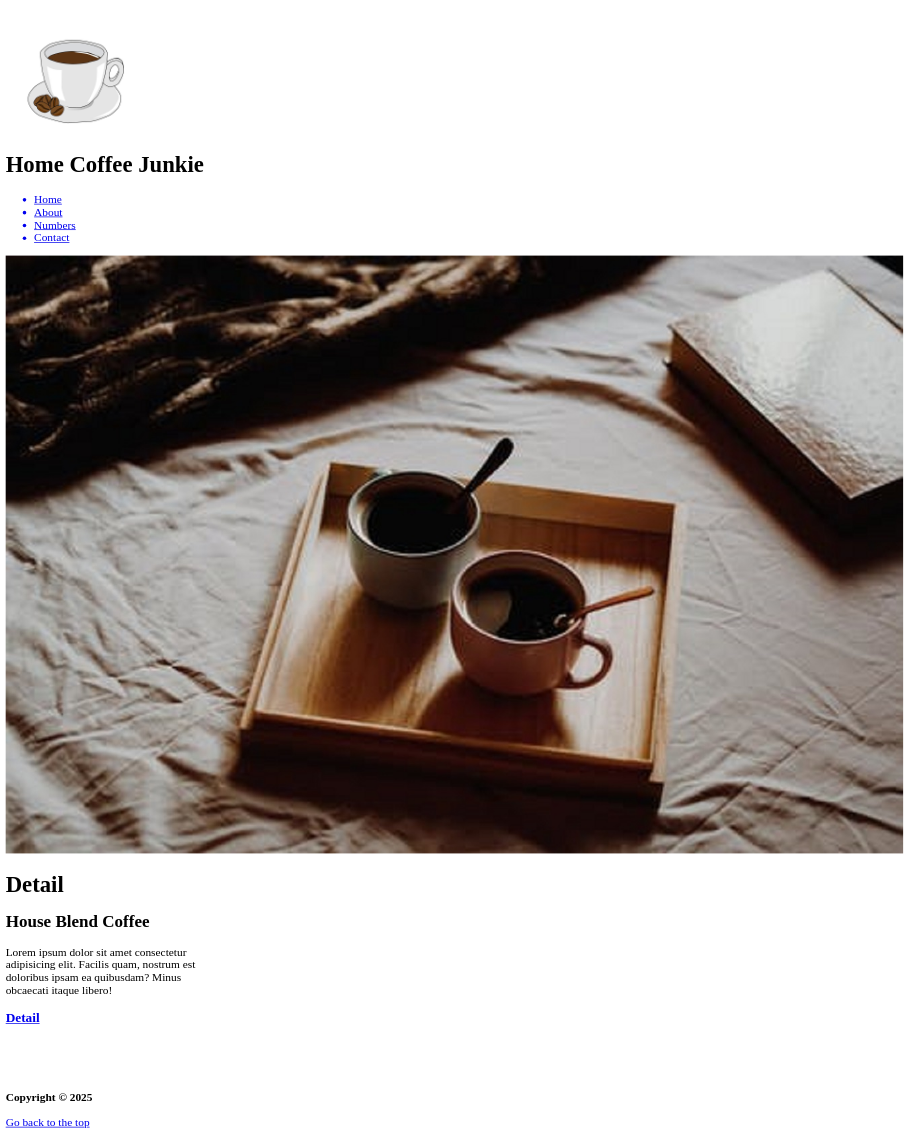
Repository: Tranghii/HTML-CSS
Page: HTML&CSS/miniExercise/index.html
These files come from the project's save history. The page is drawn as it stood at one moment and after the next save; the edit follows.
The browser window is 1280 px wide. The pictures show the whole page, at 71% of full size.

Above is the page before, as saved 2025-10-11 22:24:17.

After the next save:
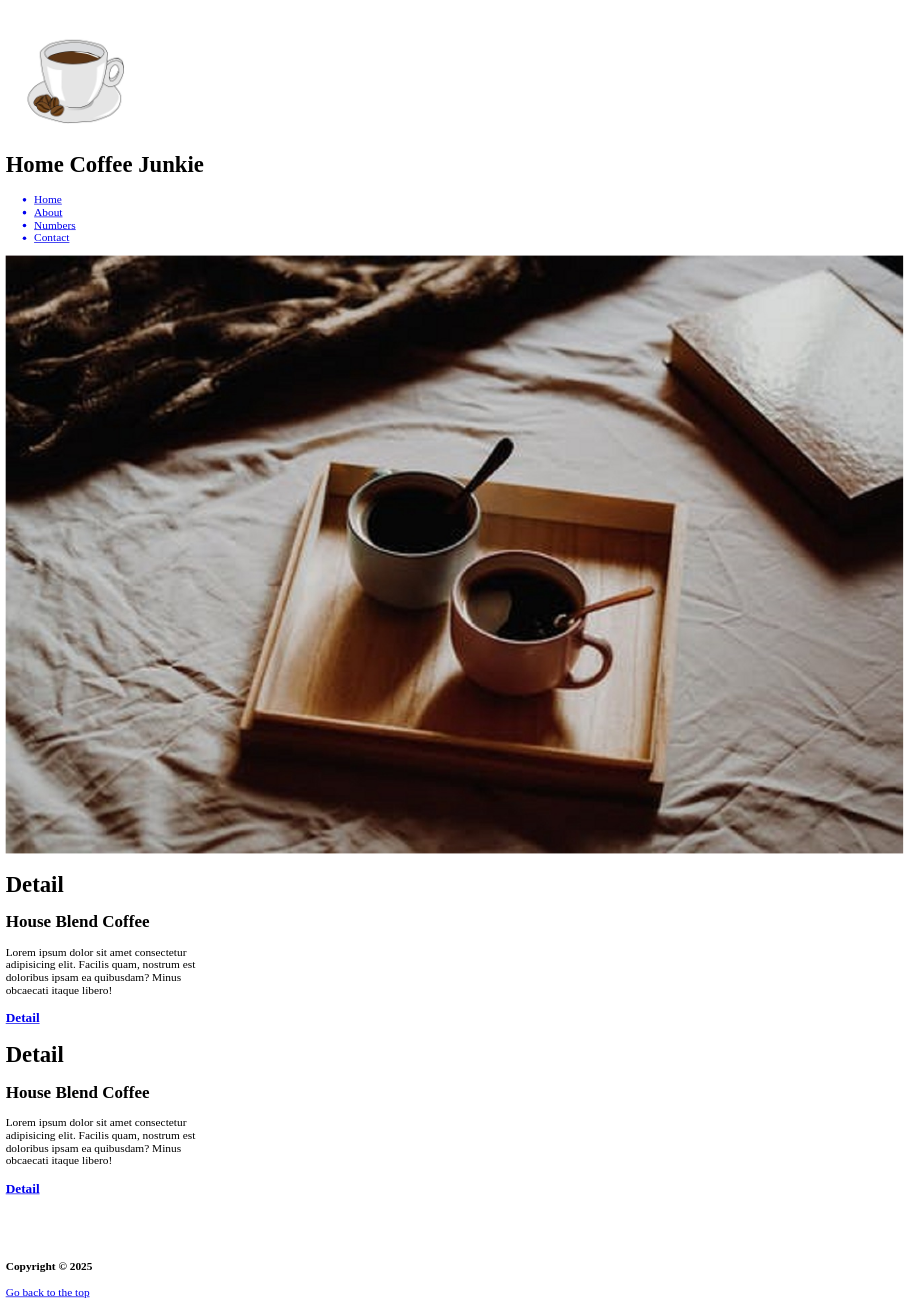
Saved 5 s later.
--- a/HTML&CSS/miniExercise/index.html
+++ b/HTML&CSS/miniExercise/index.html
@@ -26,6 +26,15 @@
                 obcaecati itaque libero!</p>
                 <h3> <a href="details.html">Detail</a></h3>
 
+                    <div id="Detail">
+            <h1>Detail</h1>
+            <h2>House Blend Coffee</h2>
+            <p>Lorem ipsum dolor sit amet consectetur <br>
+                adipisicing elit. Facilis quam, nostrum est <br>
+                doloribus ipsam ea quibusdam? Minus <br>
+                obcaecati itaque libero!</p>
+                <h3> <a href="details.html">Detail</a></h3>
+
 
 
             <br><br><br><br>
